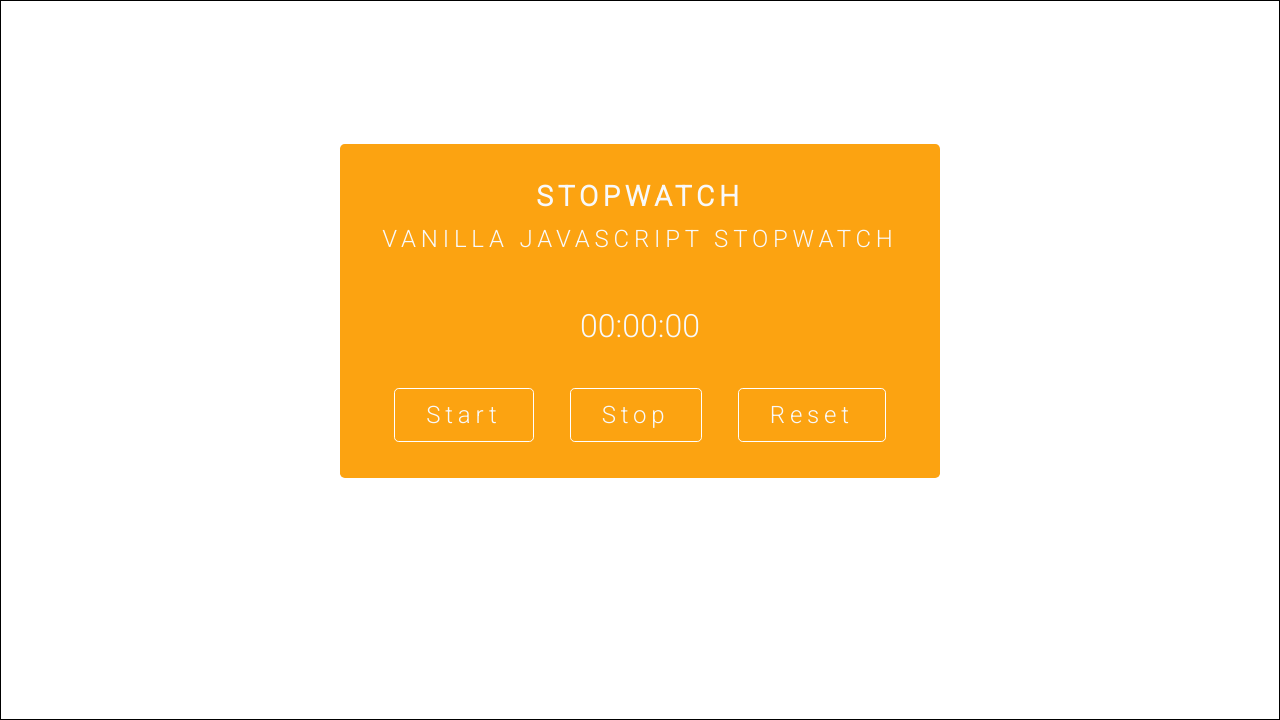
Repository: siaxiong/siaxiong.github.io
Page: doc/stopWatch.html
These files come from the project's save history. The page is drawn as it stood at one moment and after the next save; the edit follows.
The browser window is 1280 px wide. The pictures show the whole page.

Above is the page before, as saved 2021-03-11 17:48:22.

After the next save:
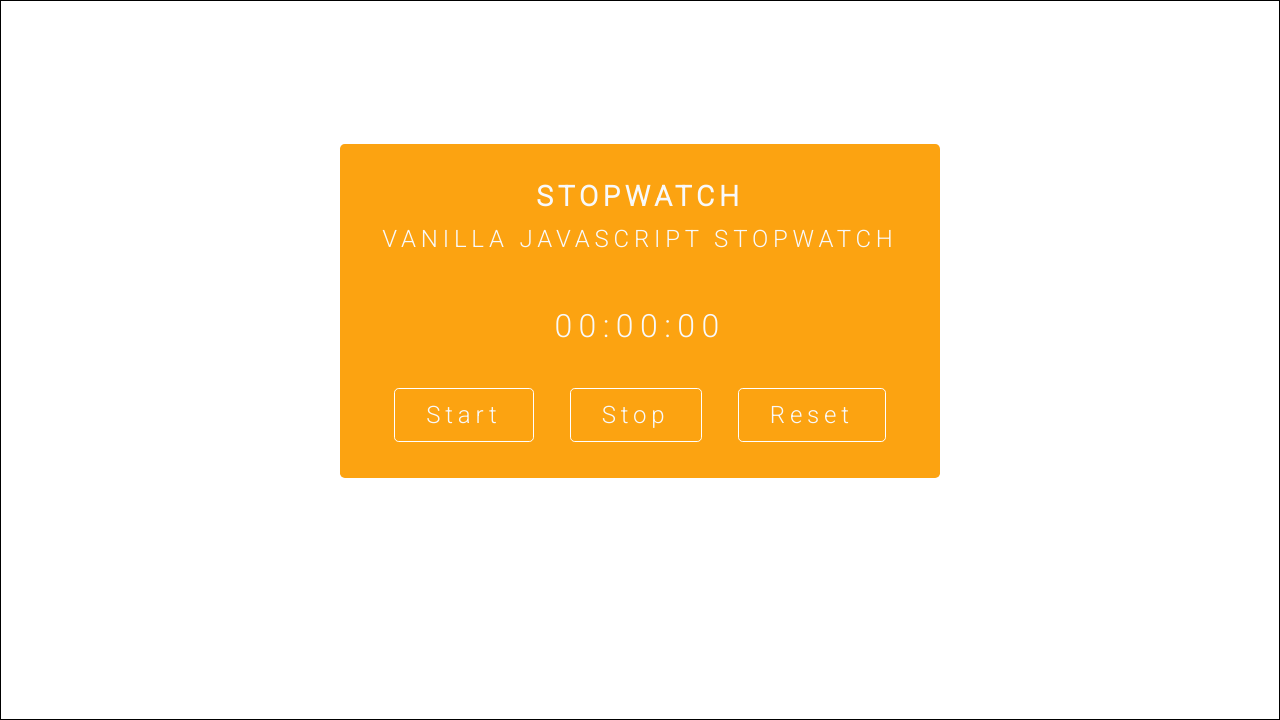
Saved 31 s later.
--- a/doc/stopWatch.html
+++ b/doc/stopWatch.html
@@ -49,10 +49,9 @@
         /* border: 1px solid yellow; */
     }
 
-    .stopwatch__title, .stopwatch__button {
+    .stopwatch__title, .stopwatch__button, .stopwatch__time {
         overflow-wrap: break-word;
         letter-spacing: 0.2em;
-        /* font-size: 1.5rem; */
     }
 
     .stopwatch__title>* + *{
